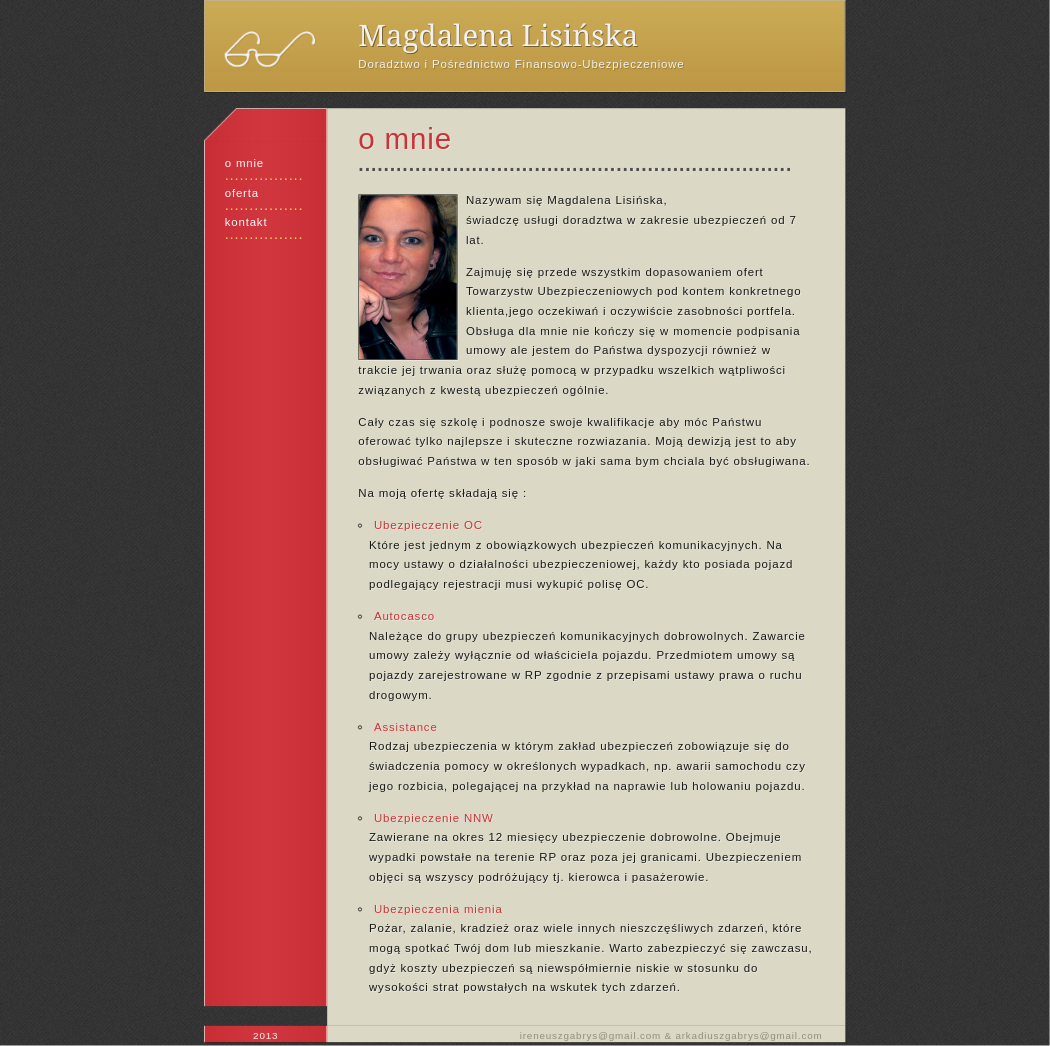
Repository: gabr/php_elicpse_workspace
Page: Magda Lisinska/index.html
An editor plug-in stored every save of this project. The page is shown before and after the next save, followed by the edit.
The browser window is 1280 px wide. The pictures show the whole page, at 82% of full size.

Above is the page before, as saved 2013-03-08 14:18:43.

After the next save:
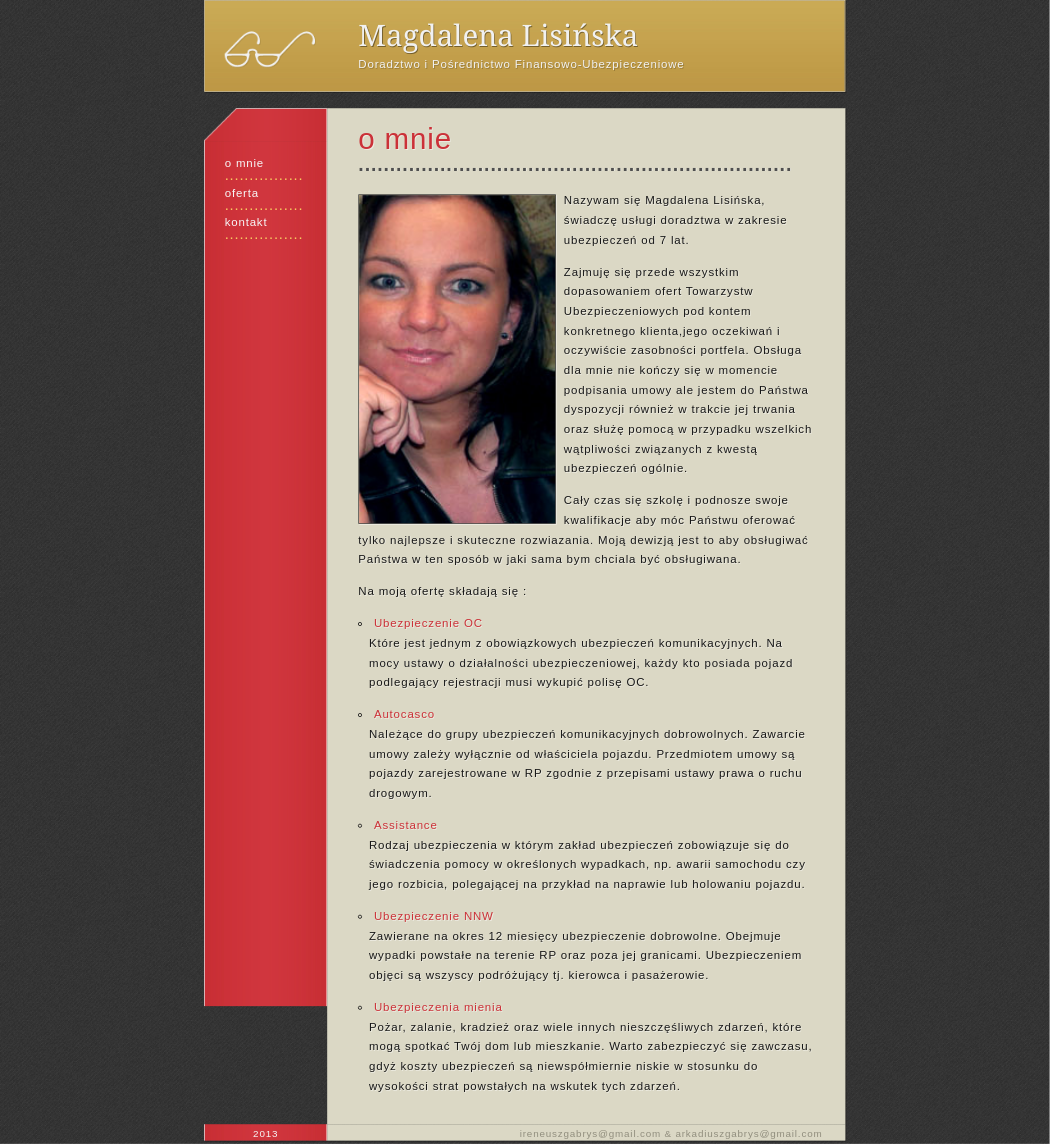
Saved 5 s later.
--- a/Magda Lisinska/css/style.css
+++ b/Magda Lisinska/css/style.css
@@ -15,7 +15,7 @@ p {
 }
 
 img {
-  height: 200px;
+  height: 400px;
 }
 
 a {
